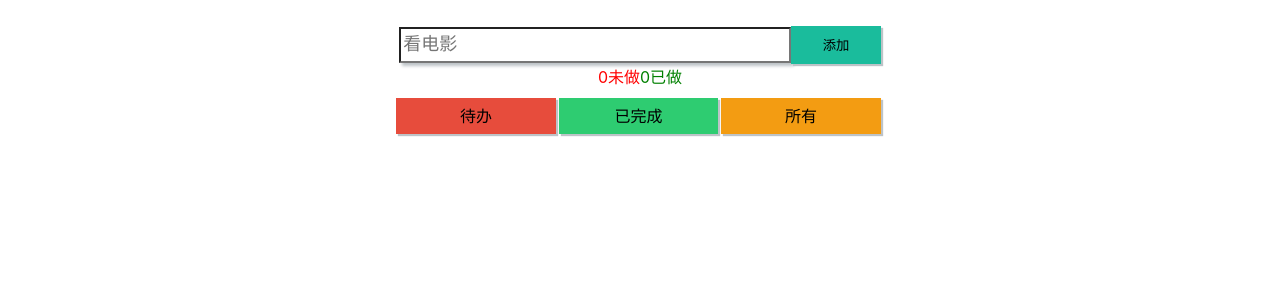
Repository: yurensmile/todolist
Page: /
The author's editor kept a copy of each file at every save. The page is drawn from the files as they stood at one save, then again after the next save.
The browser window is 1280 px wide. The pictures show the whole page.
The project was rebuilt for these pictures with package versions that can differ from the ones it lists, and the page was loaded fresh each time. Also part of the build but not shown: src/All.js, src/HaveDone.js.

Above is the page before, as saved 2019-03-22 11:08:36.

After the next save:
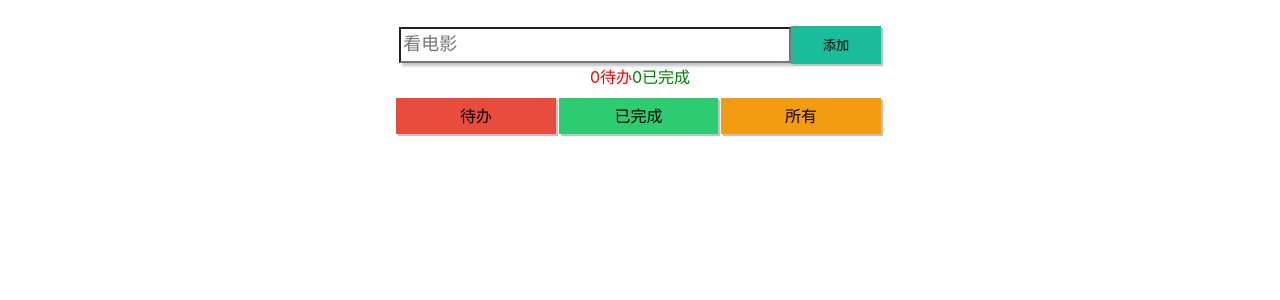
Saved 3 min 30 s later.
--- a/src/App.js
+++ b/src/App.js
@@ -19,10 +19,8 @@ class App extends Component {
   }
 
   handleOnClick() {
-
     if(this.state.inputValue === "") {
       alert("请输入待办事项");
-      alert("you clicked me");
       return;
     }
     this.setState(state =>{
@@ -98,8 +96,8 @@ class App extends Component {
         <input type="text" placeholder="看电影" name="todo"
           value={this.state.inputValue} onChange={this.updateInputValue.bind(this)}/>
         <button onClick={this.handleOnClick.bind(this)}>添加</button><br/>
-        <span style={{color: "red"}}>{this.state.laters.length}未做</span>
-        <span style={{color: "green"}}>{this.state.havedones.length}已做</span>
+        <span style={{color: "red"}}>{this.state.laters.length}待办</span>
+        <span style={{color: "green"}}>{this.state.havedones.length}已完成</span>
         <div id="content" onClick={this.contentOnclick}>
           <div className="choice later">待办</div>
           <div className="choice havedone" >已完成</div>
